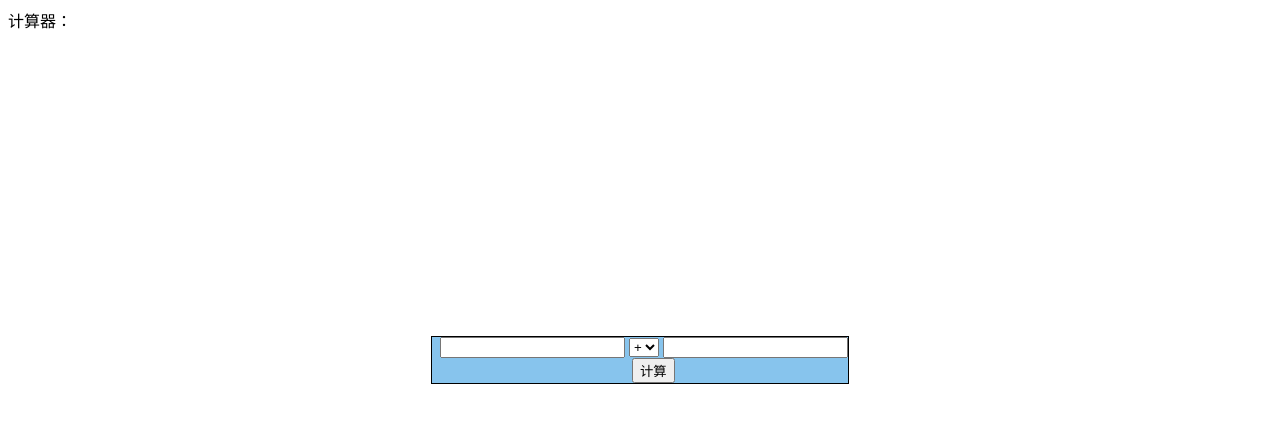
Repository: guirui-li/StudyJavaWeb
Page: http://localhost/JavawebTest/experiment05/table.jsp
These files come from the project's save history. The page is drawn as it stood at one moment and after the next save; the edit follows.
The browser window is 1280 px wide. The pictures show the whole page.
The page is served by Tomcat 9. Other server files are loaded and not shown.

Above is the page before, as saved 2019-05-03 07:13:00.

### JavawebTest/WebContent/experiment05/table.jsp
<%@ page language="java" contentType="text/html; charset=UTF-8"
    pageEncoding="UTF-8"%>
<!DOCTYPE html>
<html>
<head>
<meta charset="UTF-8">
<title>table页面</title>
	<style type="text/css">
		#form1{
			border:1px solid black;
			widht:600px;
			heigth:120px;
			background-color:#87c4ed;
			position: absolute;
			top:50%;
			left:50%;
			transform:translate(-50%,-50%);
		}
		#Submit{
			margin-left: 200px;
		}
	</style>
</head>
<body>
		计算器：
		<form action="/JavawebTest/TableServlet" method="get" id="form1">
			<label>&nbsp;
				<input type="text" name="number1"/>
			</label>
			<label>
				<select name="select">
					<option value="+" selected="selected">+</option>
					<option value="-" >-</option>
					<option value="*" >*</option>
					<option value="/" >/</option>
				</select>
			</label>
			<label>
				<input type="text" name="number2"/>
			</label>
			<br>
			<label>
				<input type="submit" name="Submit" value="计算" id="Submit"/>
			</label>
		</form>
</body>
</html>

After the next save:
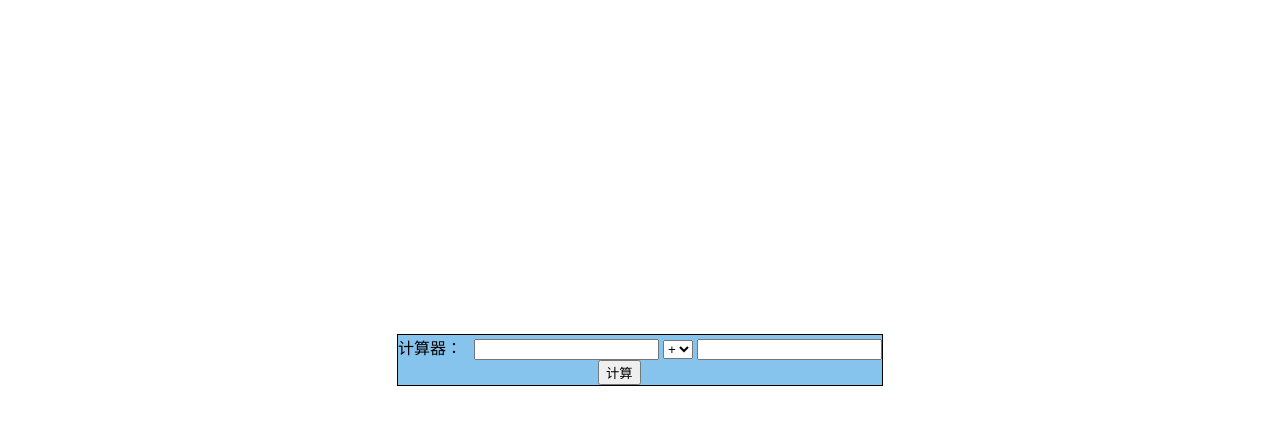
Saved 21 s later.
--- a/JavawebTest/WebContent/experiment05/table.jsp
+++ b/JavawebTest/WebContent/experiment05/table.jsp
@@ -22,8 +22,8 @@
 	</style>
 </head>
 <body>
-		计算器：
 		<form action="/JavawebTest/TableServlet" method="get" id="form1">
+			计算器：
 			<label>&nbsp;
 				<input type="text" name="number1"/>
 			</label>
